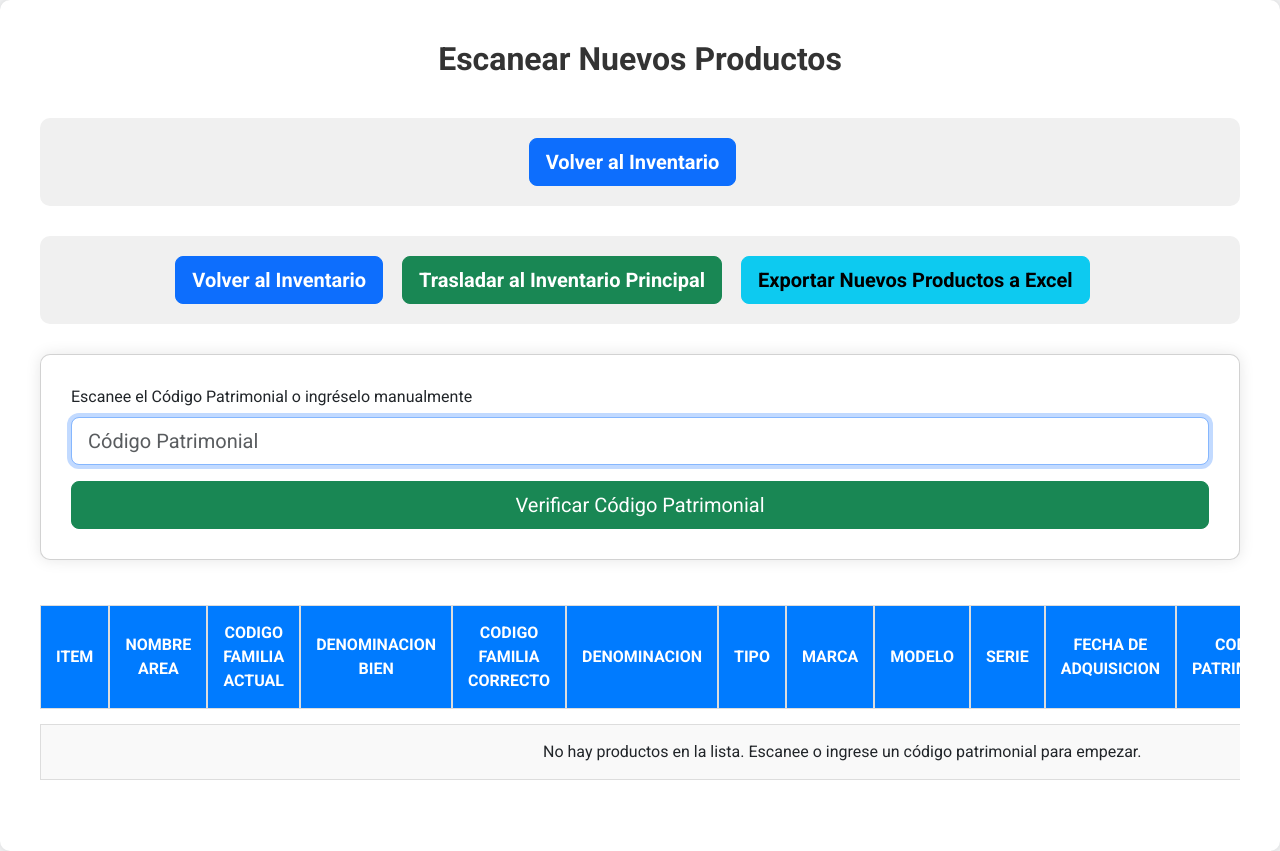
Repository: jorgemendozapachecoo-coder/PROYECTO-INVENTARIO-ESCANER-LOGISTICA-HJCM
Page: http://localhost/realinventario/new_products_scan.php
These files come from the project's save history. The page is drawn as it stood at one moment and after the next save; the edit follows.
The browser window is 1280 px wide. The pictures show the whole page.
The page is run by PHP 8.4 with error messages shown; the project is at /var/www/html/. The session is filled in as if someone had signed in: {"id_usuario": 1, "nombre_usuario": "testuser", "tipo_usuario": "admin"}. Queries for data that is not in the repository find no rows.

Above is the page before, as saved 2024-12-15 07:23:44.

After the next save:
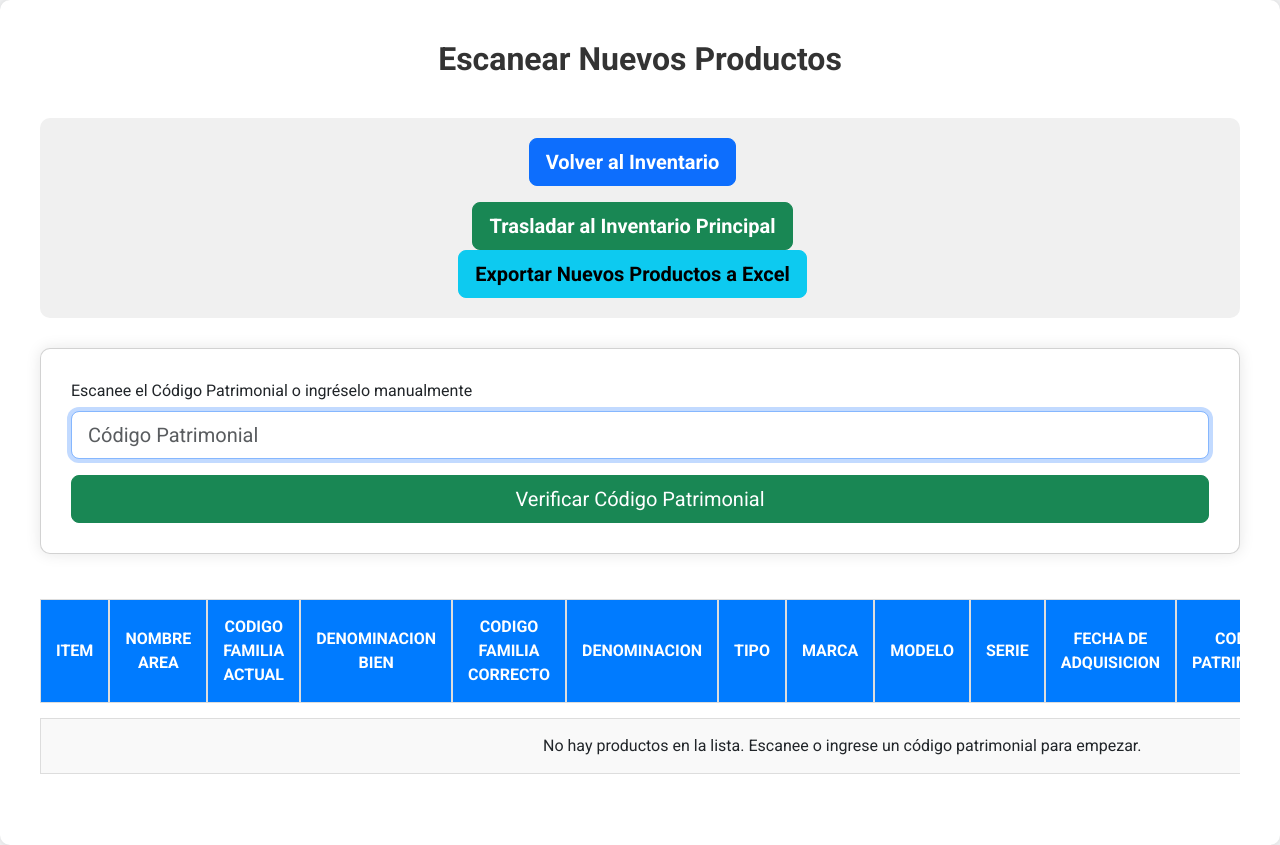
Saved 39 s later.
--- a/new_products_scan.php
+++ b/new_products_scan.php
@@ -288,13 +288,12 @@ $result = $conn->query($sql);
 <body>
     <div class="container-fluid">
         <h2>Escanear Nuevos Productos</h2>
-        <div class="button-container text-center">
-            <a href="view_inventory.php" class="btn btn-primary btn-lg">Volver al Inventario</a>
-        </div>
         <div class="button-container text-center mt-3">
     <a href="view_inventory.php" class="btn btn-primary btn-lg">Volver al Inventario</a>
-    <form method="POST" action="new_products_scan.php" class="d-inline">
-        <button type="submit" name="transfer_products" class="btn btn-success btn-lg">Trasladar al Inventario Principal</button>
+    <form method="POST" action="new_products_scan.php" class="text-center mt-3">
+    <button type="submit" name="transfer_products" class="btn btn-success btn-lg">
+        Trasladar al Inventario Principal
+    </button>
     </form>
     <a href="export_new_products.php" class="btn btn-info btn-lg">Exportar Nuevos Productos a Excel</a>
 </div>
